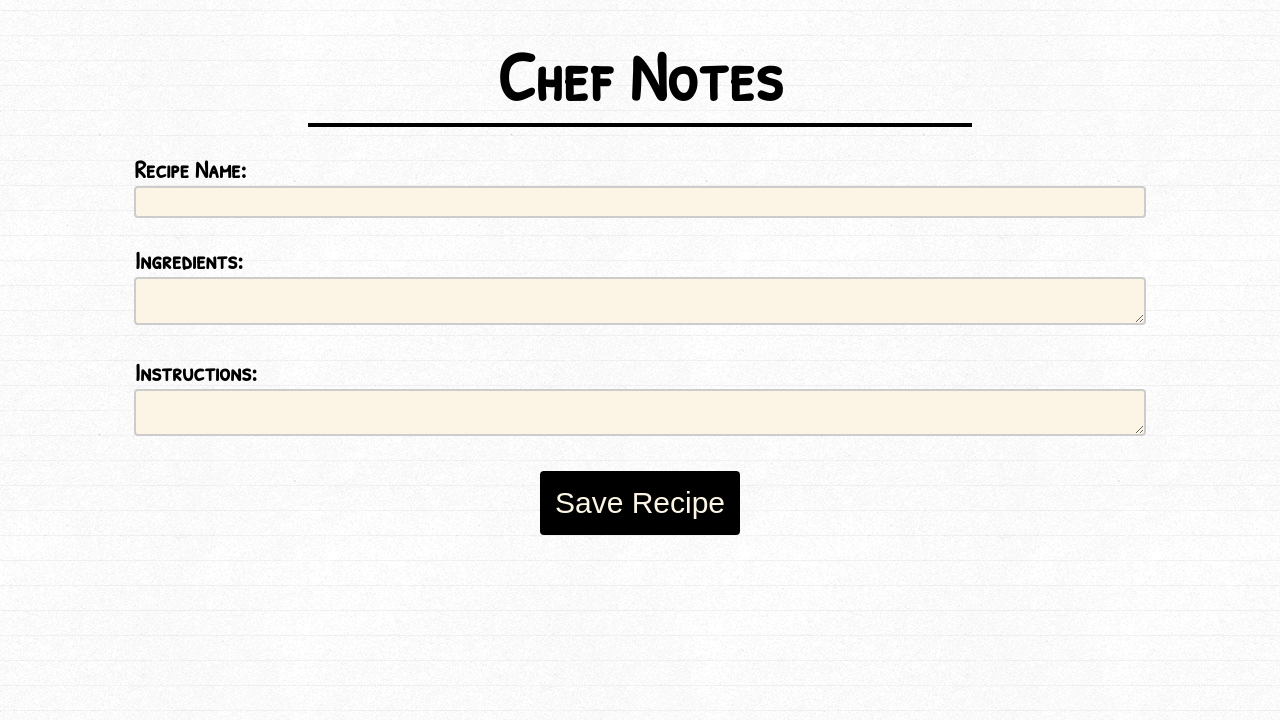
Repository: Chadloswald/RecipeSite
Page: index.html
These files come from the project's save history. The page is drawn as it stood at one moment and after the next save; the edit follows.
The browser window is 1280 px wide. The pictures show the whole page.

Above is the page before, as saved 2023-04-03 21:22:08.

After the next save:
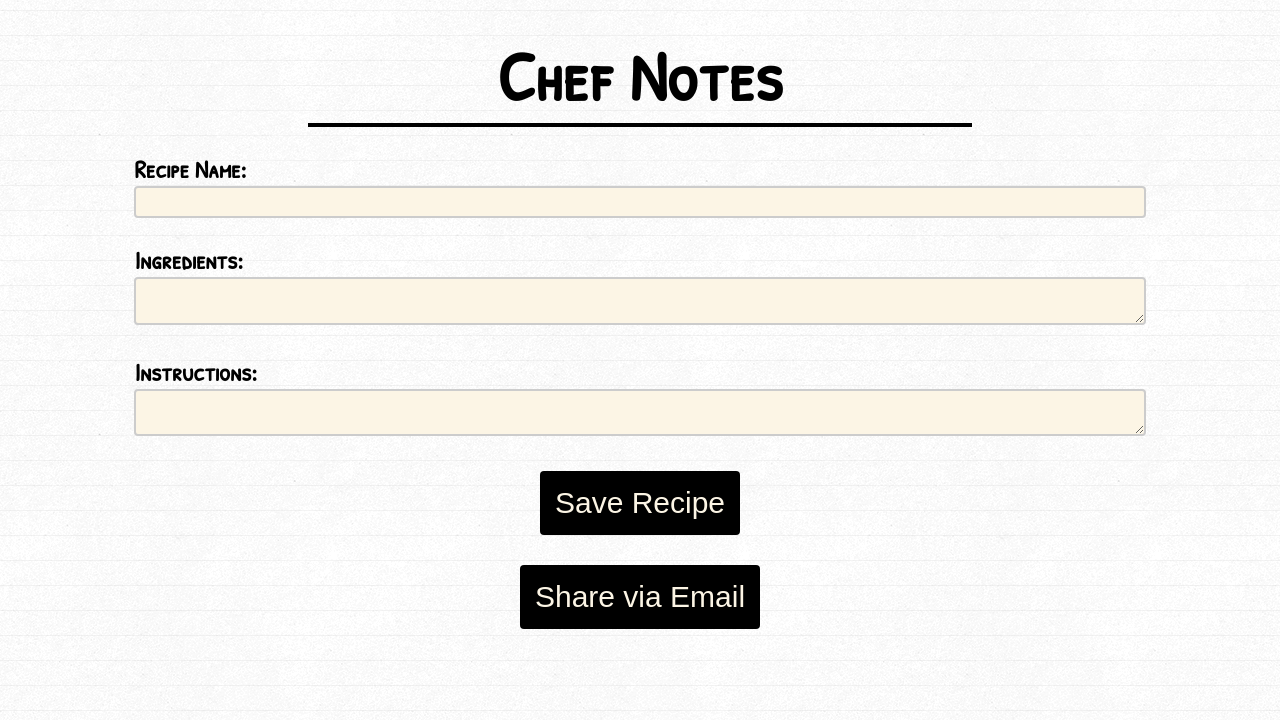
Saved 5 days later.
--- a/index.html
+++ b/index.html
@@ -13,9 +13,9 @@
     } */
     </style>
     <link rel="stylesheet" href="style.css">
+    <!-- <link rel="stylesheet" href="/bootstrap-5.3.0-alpha3-dist/bootstrap-5.3.0-alpha3-dist/css/bootstrap.min.css"> -->
   </head>
   <body>
-    <!-- <div id="corner-border"></div> -->
     <h1>Chef Notes</h1>
     <form>
       <label for="name">Recipe Name:</label>
@@ -28,12 +28,14 @@
       <textarea id="instructions" name="instructions"></textarea>
       <br>
       <button id="saveButton" type="button">Save Recipe</button>
+      <button onclick="shareByEmail()">Share via Email</button>
     </form>
     <div id="recipe-list">
-      <!-- recipe-line div -->
       <div class="recipe-line"></div>
     <div id="list"></div>
     </div>
     <script src="scripts.js"></script>
+    <!-- <script src="/bootstrap-5.3.0-alpha3-dist/bootstrap-5.3.0-alpha3-dist/js/bootstrap.min.js"></script>
+  <script src="path/to/bootstrap.min.js"></script> -->
   </body>
 </html>
--- a/scripts.js
+++ b/scripts.js
@@ -10,10 +10,29 @@ document.addEventListener('DOMContentLoaded', function() {
     const ingredients = ingredientsInput.value;
     const instructions = instructionsInput.value;
 
+    // check if recipe already exists in recipe list
+    const existingRecipes = recipeList.querySelectorAll('.recipe');
+    let alreadyExists = false;
+    existingRecipes.forEach(existingRecipe => {
+      if (existingRecipe.querySelector('h2').textContent === name &&
+          existingRecipe.querySelector('.ingredients').textContent === `Ingredients: ${ingredients}` &&
+          existingRecipe.querySelector('.instructions').textContent === `Instructions: ${instructions}`) {
+        alreadyExists = true;
+        return;
+      }
+    });
+
+    if (alreadyExists) {
+      alert('This recipe is already in the list.');
+      return;
+    }
+
     const recipe = document.createElement('div');
     const recipeName = document.createElement('h2');
     const recipeIngredients = document.createElement('p');
+    recipeIngredients.classList.add('ingredients');
     const recipeInstructions = document.createElement('p');
+    recipeInstructions.classList.add('instructions');
     const recipeLine = document.createElement('div');
 
     recipeLine.classList.add('recipe-line');
@@ -30,5 +49,10 @@ document.addEventListener('DOMContentLoaded', function() {
     recipeList.appendChild(recipe);
 
     recipeLine.style.display = 'block';
+
+    // clear input fields
+    nameInput.value = '';
+    ingredientsInput.value = '';
+    instructionsInput.value = '';
   });
 });

After the save that followed:
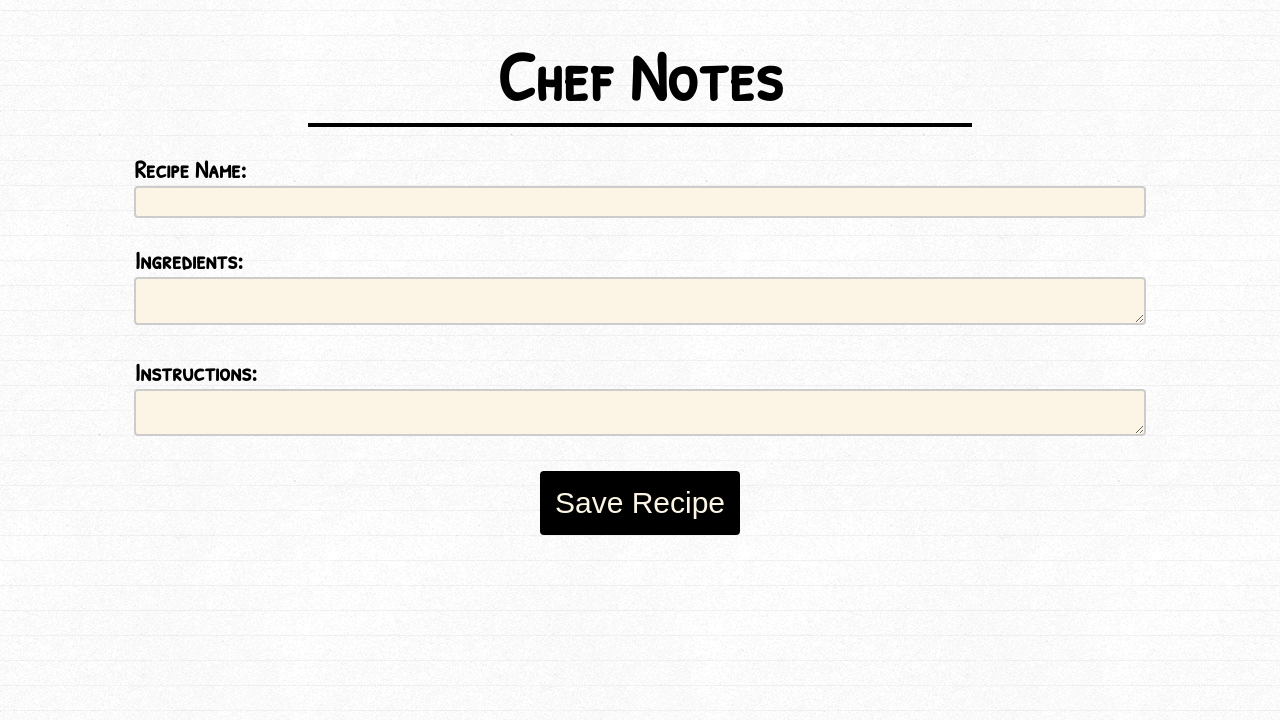
Saved 4 min 35 s later.
--- a/index.html
+++ b/index.html
@@ -28,7 +28,7 @@
       <textarea id="instructions" name="instructions"></textarea>
       <br>
       <button id="saveButton" type="button">Save Recipe</button>
-      <button onclick="shareByEmail()">Share via Email</button>
+      <!-- <button onclick="shareByEmail()">Share via Email</button> -->
     </form>
     <div id="recipe-list">
       <div class="recipe-line"></div>
